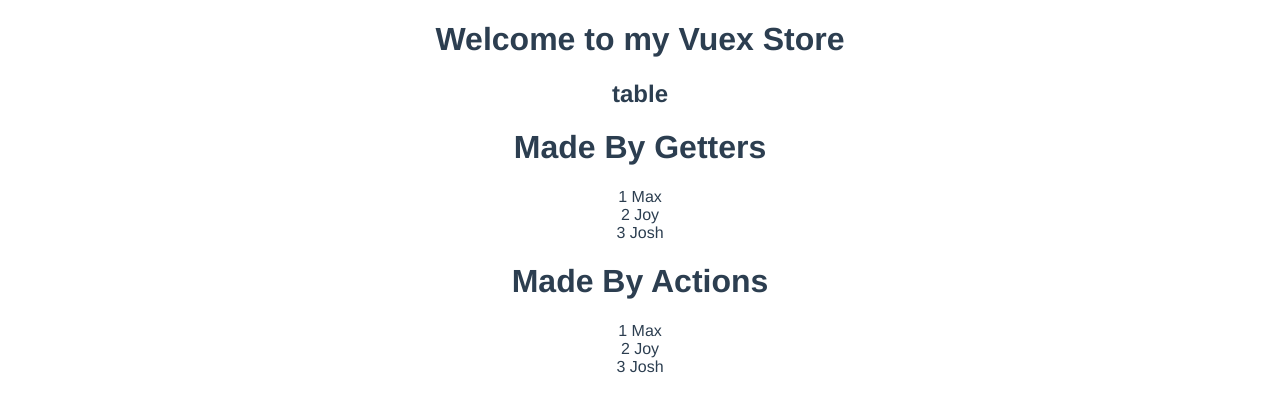
Repository: HaoMiffy/Vue3-compositionAPI-vuex-axios
Page: /
An editor plug-in stored every save of this project. The page is shown before and after the next save, followed by the edit.
The browser window is 1280 px wide. The pictures show the whole page.
The project was rebuilt for these pictures with package versions that can differ from the ones it lists, and the page was loaded fresh each time. Also part of the build but not shown: vue.config.js, src/components/HelloWorld.vue, src/views/HomeView.vue.

Above is the page before, as saved 2022-12-13 15:57:36.

### src/main.js
import { createApp } from 'vue'
import App from './App.vue'
import router from './router'
import store from './store'
import axios from 'axios'
import VueAxios from 'vue-axios'



createApp(App).use(VueAxios, axios).use(store).use(router).mount('#app')

### src/App.vue
<template>
  <div class="hello">
    <h1>{{ msg }}</h1>
    <h2>{{users.title}}</h2>
    <h1>Made By Getters</h1>
    <div v-for="user in getUsers.users" :key="user.id">
      {{ user.id }} {{ user.name }}
    </div>
    <h1>Made By Actions</h1>
    <div v-for="user in users.users" :key="user.id">
      {{ user.id }} {{ user.name }}
    </div>
  </div>
</template>

<script setup>
import { ref, onMounted, computed } from "vue";
import { useStore } from "vuex";
const store = useStore();
const msg = ref("Welcome to my Vuex Store");
const getUsers = computed(() => {
  return store.getters.getUsers;
});
const users = computed(() => {
  return store.state.users;
});
onMounted(() => {
  store.dispatch("fetchUsers");
});
</script>





<style>
#app {
  font-family: Avenir, Helvetica, Arial, sans-serif;
  -webkit-font-smoothing: antialiased;
  -moz-osx-font-smoothing: grayscale;
  text-align: center;
  color: #2c3e50;
}

nav {
  padding: 30px;
}

nav a {
  font-weight: bold;
  color: #2c3e50;
}

nav a.router-link-exact-active {
  color: #42b983;
}
</style>

### src/store/index.js
import { createStore } from 'vuex'
import axios from 'axios'



export default createStore({
  state: {
    users:[]
  },
  getters: {
    getUsers: (state) => state.users,
  },
  actions: {
    async fetchUsers({ commit }) {
      try {
        const data = await axios.get(
          "/data.json"
        );
        commit("SET_USERS", data.data);
      } catch (error) {
        alert(error);
        console.log(error);
      }
    },
  },
  //to handle mutations
  mutations: {
    SET_USERS(state, users) {
      state.users = users;
    },
  },
  modules: {
  }
})

### public/data.json
{
    "title":"table",
    "users":[
        {
            "id":1,
            "name":"Max"
        },
        {
            "id":2,
            "name":"Joy"
        },
        {
            "id":3,
            "name":"Josh"
        }
    ],
    "posts":[
        {
            "title":1
        },
        {
            "title":2
        },
        {
            "title":3
        }
    ]
}

Loaded but not shown: public/index.html (common file); src/router/index.js (common file)

After the next save:
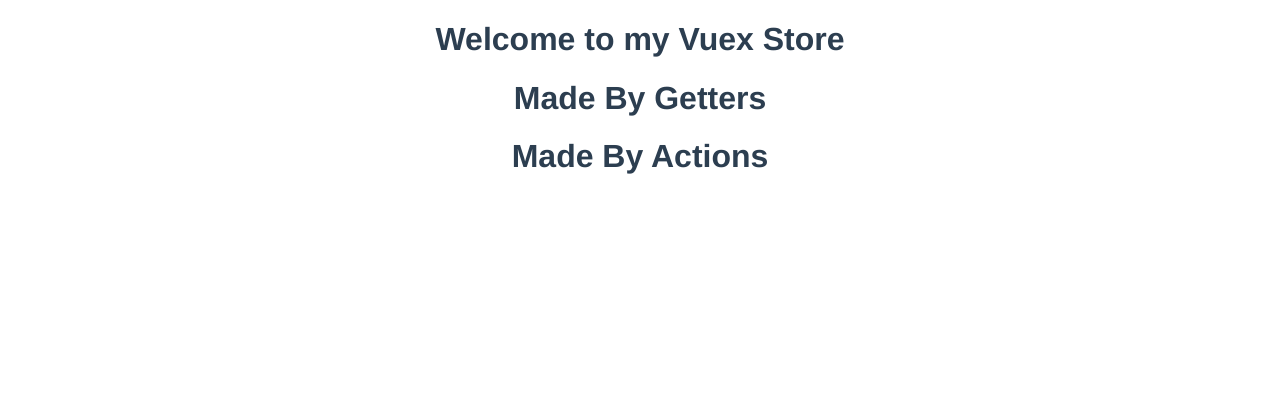
Saved 3 min 21 s later.
--- a/src/store/index.js
+++ b/src/store/index.js
@@ -25,9 +25,6 @@
   },
   //to handle mutations
   mutations: {
-    SET_USERS(state, users) {
-      state.users = users;
-    },
   },
   modules: {
   }

After the save that followed:
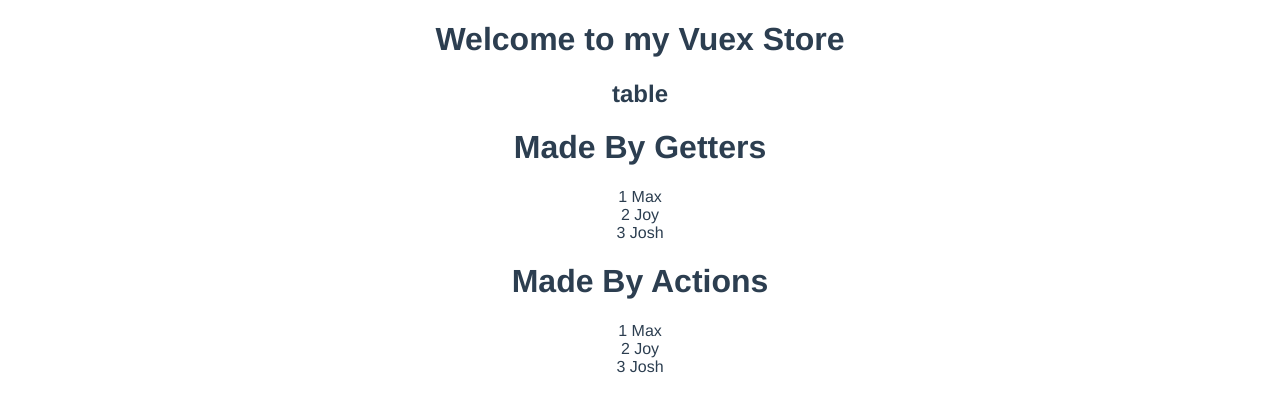
Saved 5 s later.
--- a/src/store/index.js
+++ b/src/store/index.js
@@ -25,6 +25,9 @@
   },
   //to handle mutations
   mutations: {
+    SET_USERS(state, users) {
+      state.users = users;
+    },
   },
   modules: {
   }
